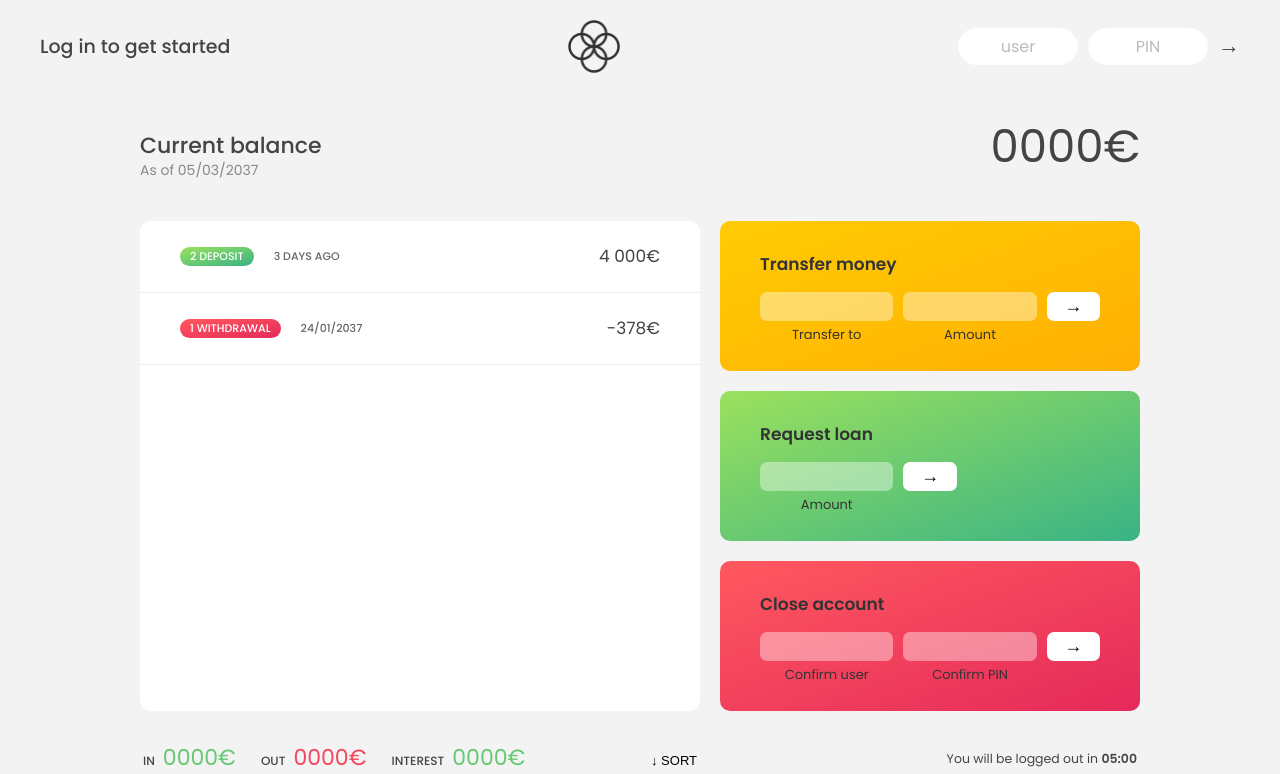
Repository: otvertka/jsc_11
Page: index.html
An editor plug-in stored every save of this project. The page is shown before and after the next save, followed by the edit.
The browser window is 1280 px wide. The pictures show the whole page.
An inner scrolling area shows only its first screen.

Above is the page before, as saved 2023-02-01 11:49:00.

After the next save:
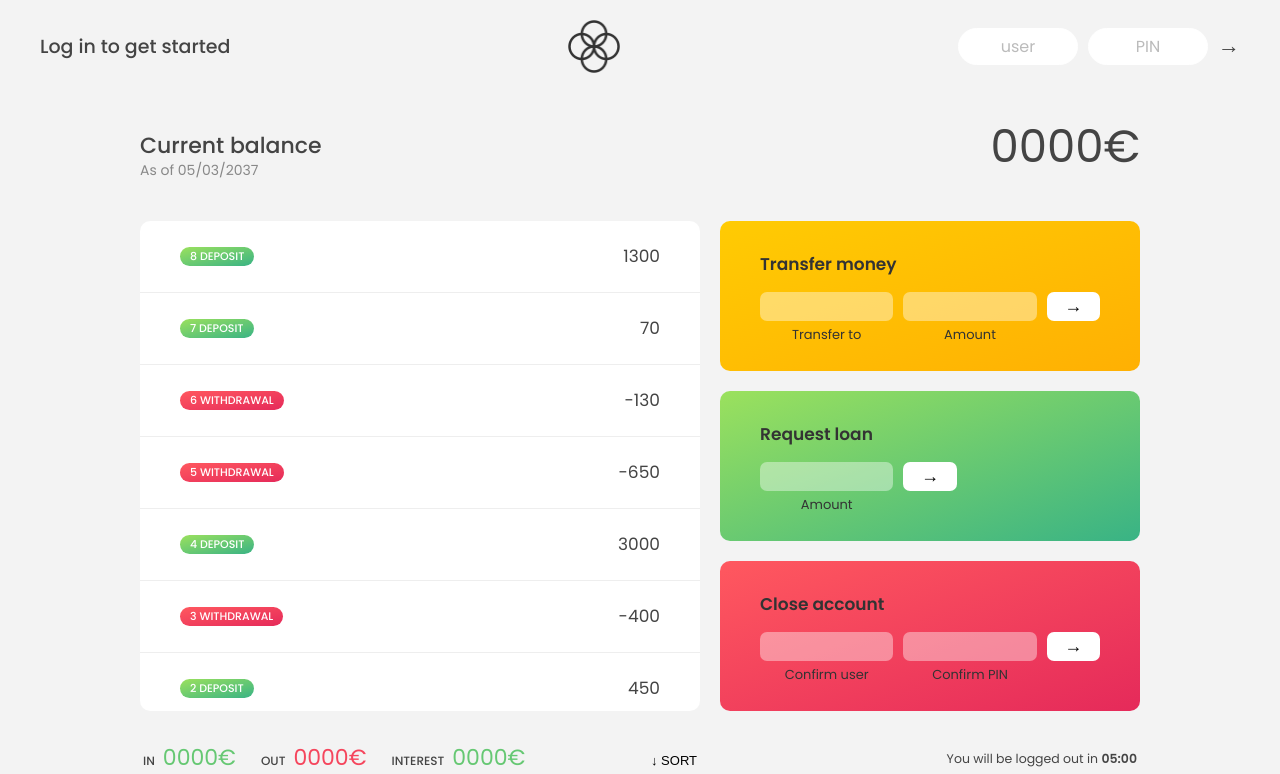
Saved 9 min 7 s later.
--- a/script.js
+++ b/script.js
@@ -191,6 +191,8 @@ const displayMovements = function (movements) {
     <div class="movements__value">${mov}</div>
     </div>
   `;
+
+    containerMovements.insertAdjacentHTML('afterbegin', html);
   });
 };
 
